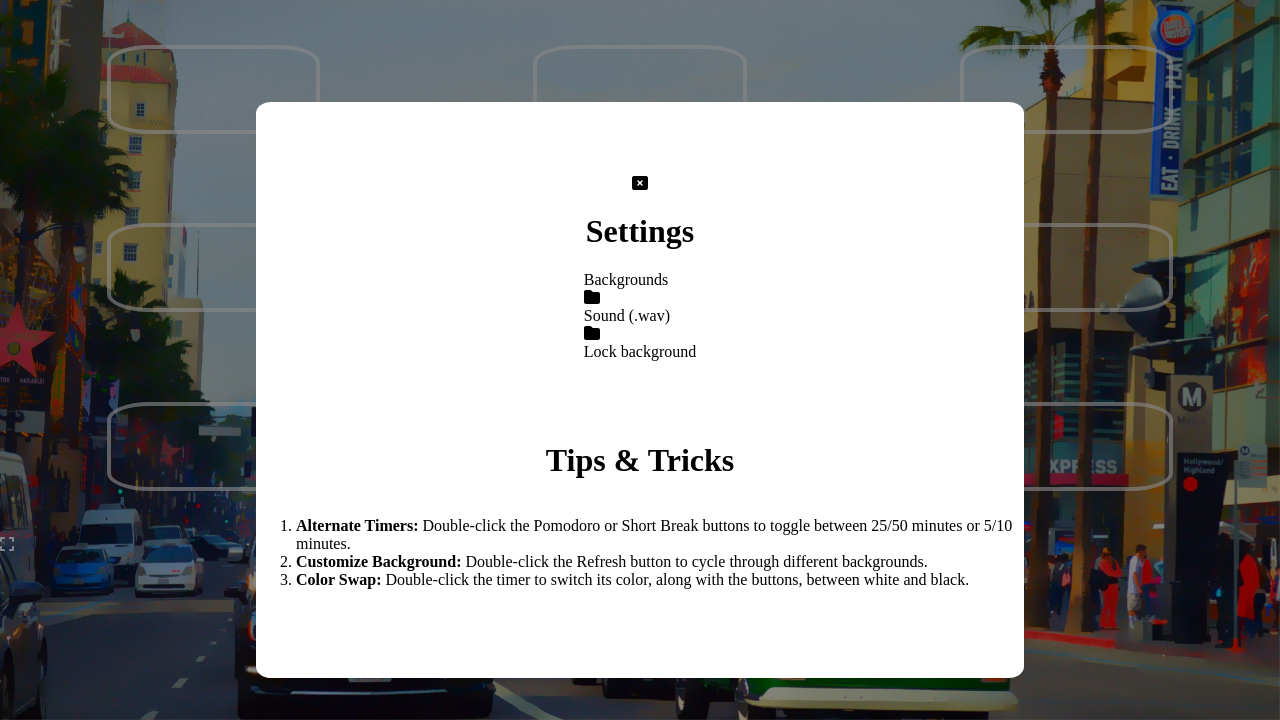
Repository: ttommytan/pomodoro
Page: /, after clicking the first element matching `svg.fa-gear`
These files come from the project's save history. The page is drawn as it stood at one moment and after the next save; the edit follows.
The browser window is 1280 px wide. The pictures show the whole page.
The project was rebuilt for these pictures with package versions that can differ from the ones it lists, and the page was loaded fresh each time. Also part of the build but not shown: vite.config.js, src/components/Test.jsx, src/components/SliderComponent.jsx. Imported but missing from the stored project, and not drawn on this page: src/assets/chime.wav.

Above is the page before, as saved 2024-08-27 11:13:14.

After the next save:
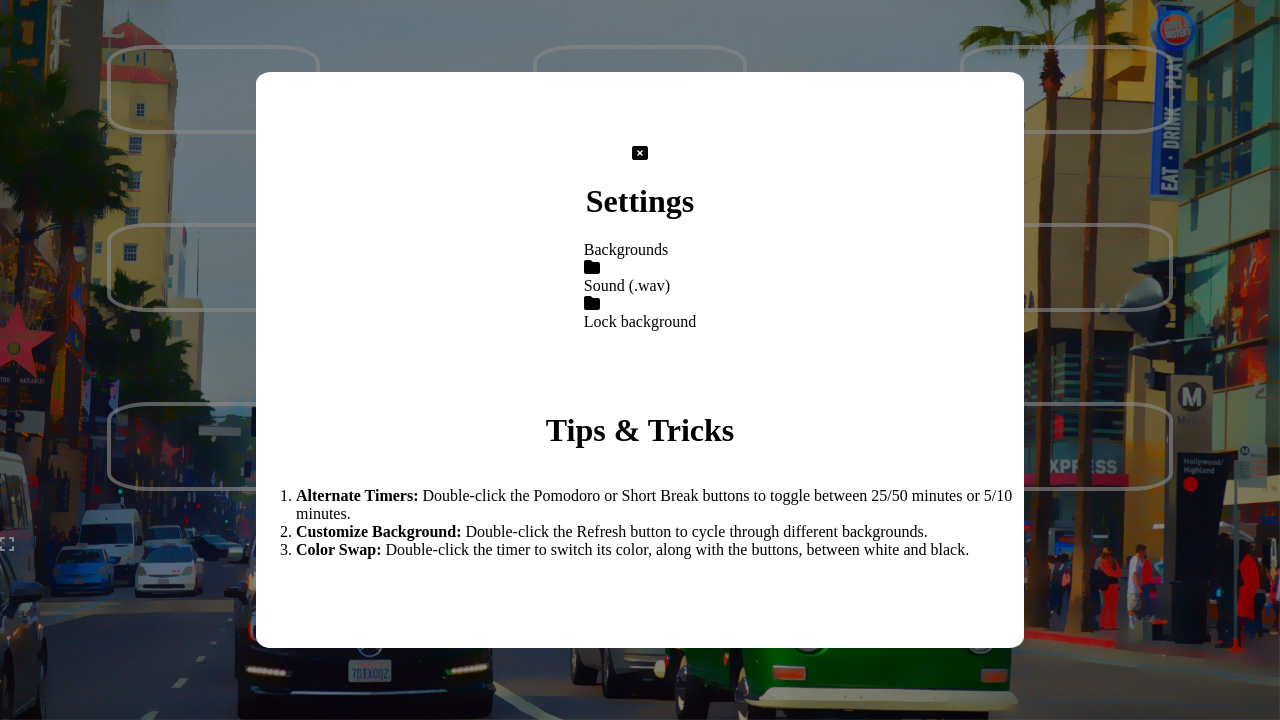
Saved 19 s later.
--- a/src/index.css
+++ b/src/index.css
@@ -304,7 +304,6 @@
   flex-direction: column;
   justify-content: center;
   align-items: center;
-  transform: translateY(30px);
   border-radius: 2%;
   z-index: 1001;
 }
